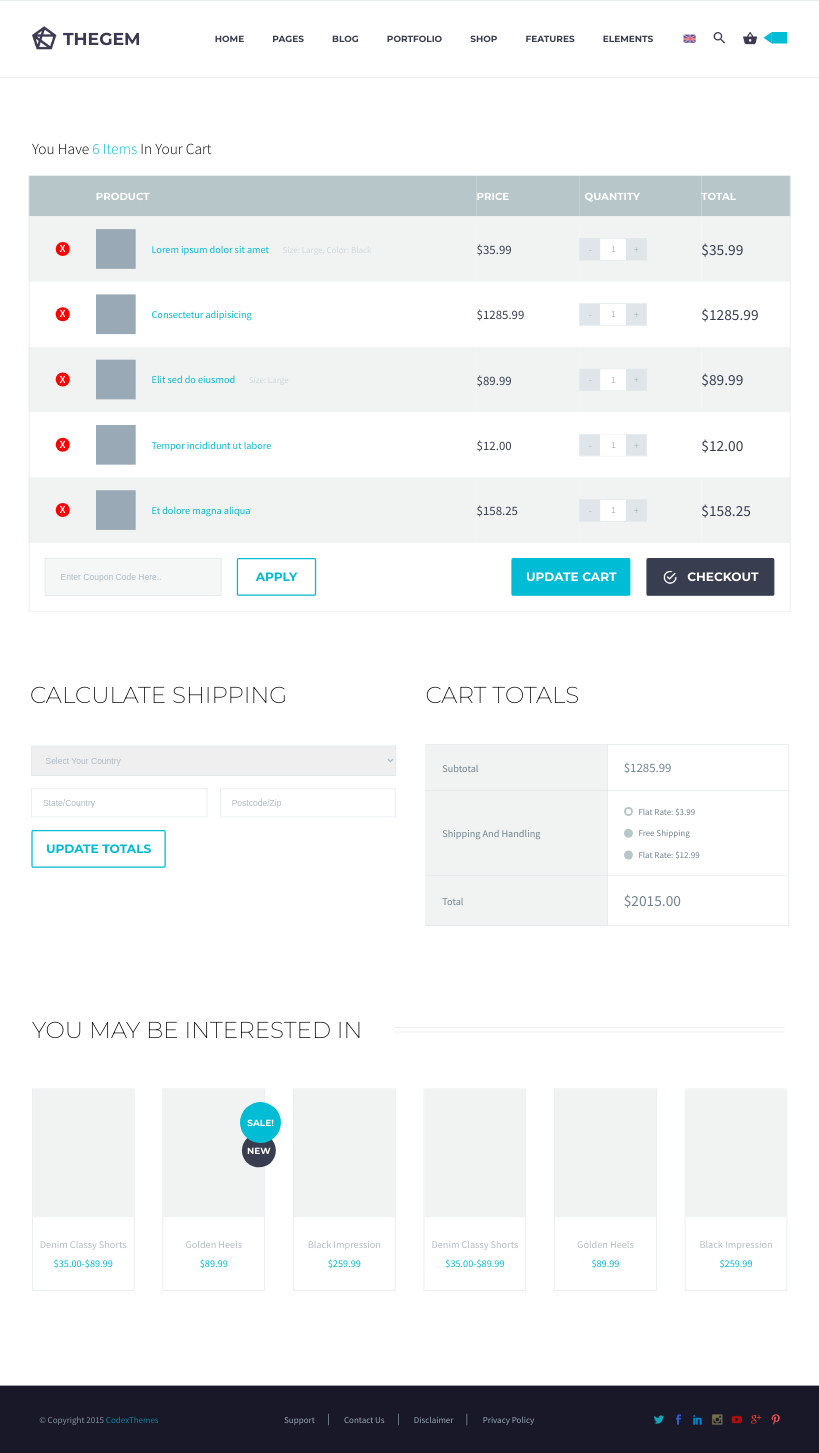
Repository: flylessbird/shop_cart
Page: html/page.html
The author's editor kept a copy of each file at every save. The page is drawn from the files as they stood at one save, then again after the next save.
The browser window is 1280 px wide. The pictures show the whole page, at 64% of full size.
The style sheet was rebuilt from its Sass, Less or Tailwind sources for each picture, by a compiler version that may differ from the author's.

Above is the page before, as saved 2022-05-16 16:11:42.

After the next save:
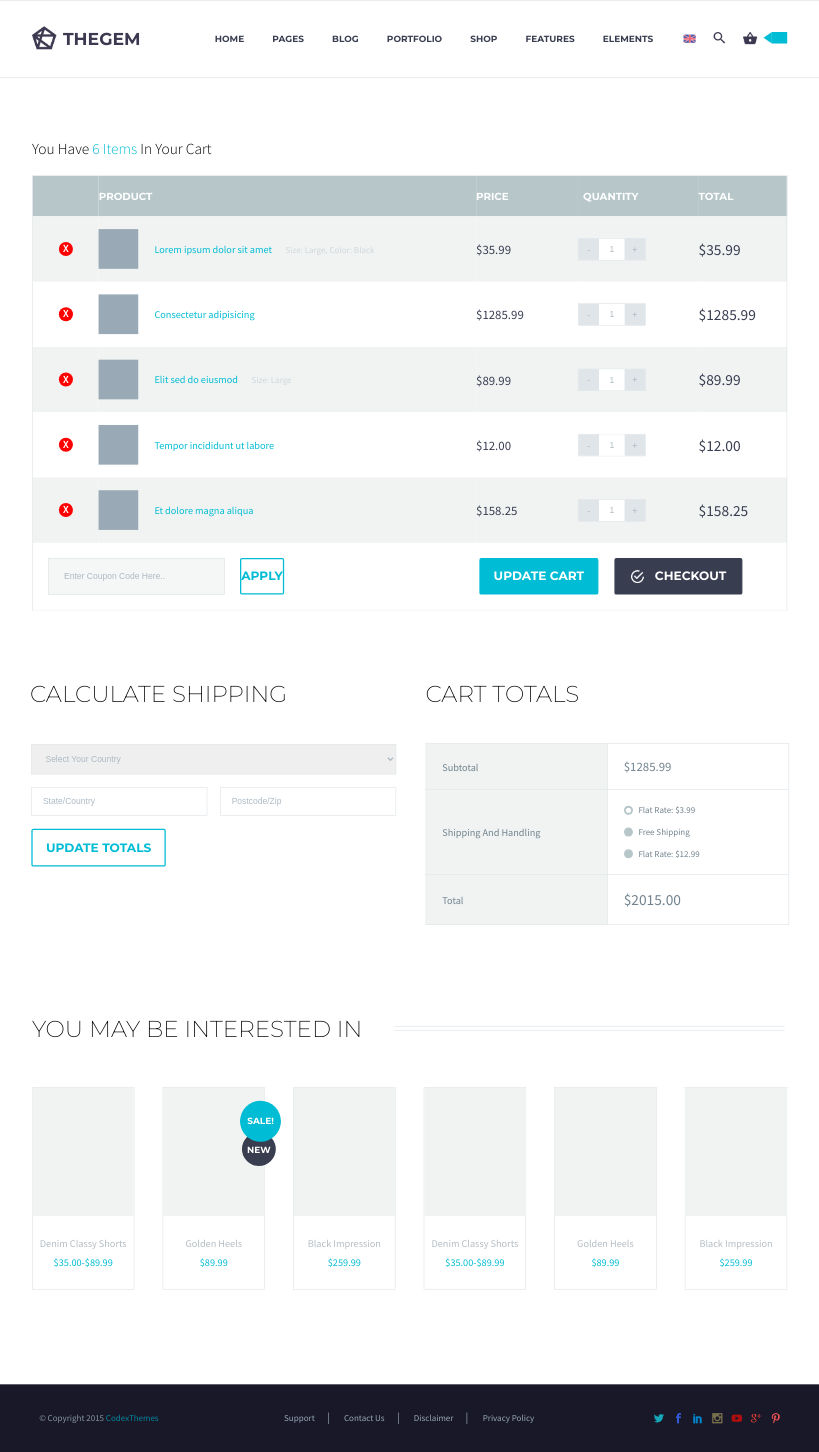
Saved 4 min 47 s later.
--- a/css/page.scss
+++ b/css/page.scss
@@ -270,7 +270,7 @@
         }
         .apply {
           margin-left: 24px;
-          padding: 16px 28px;
+          // padding: 16px 28px;
           text-transform: uppercase;
           font-family: "Montserrat", sans-serif;
           font-weight: 700;
